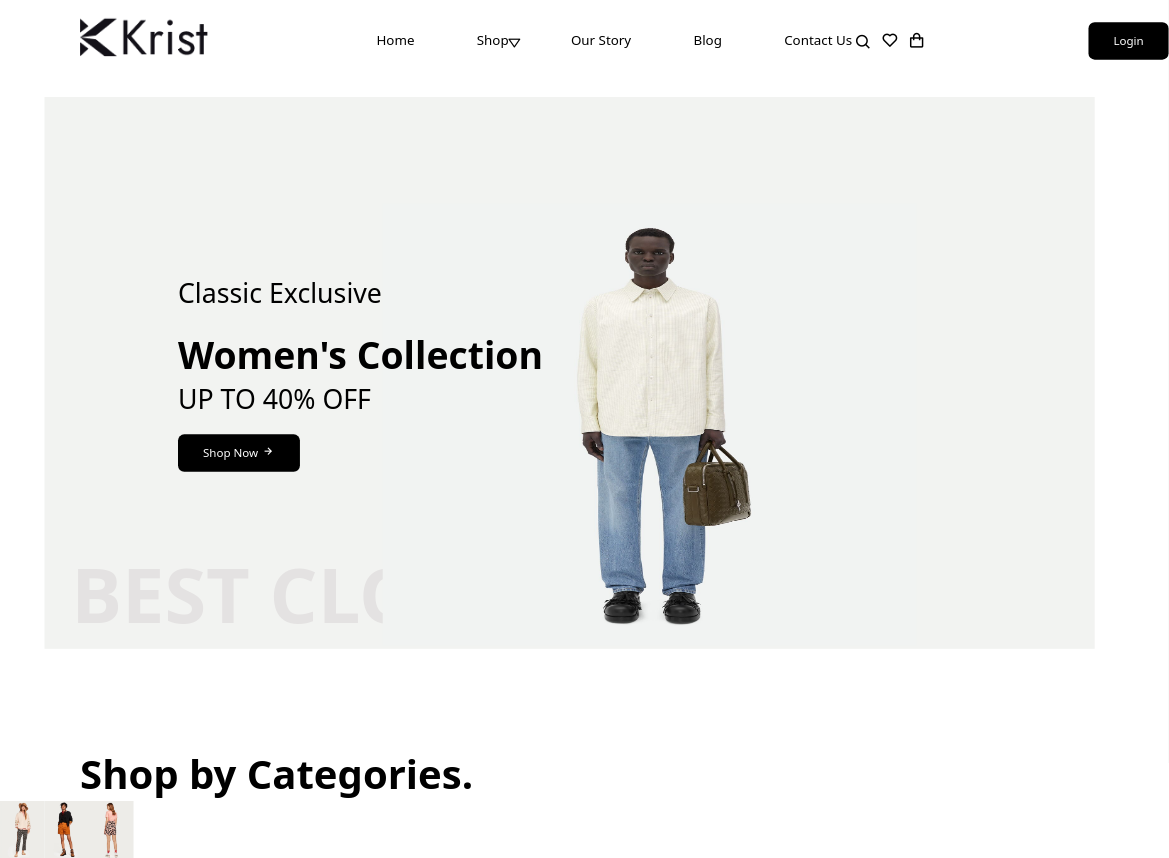
Repository: isaacCodes1/Krist-Website
Page: index.html
The author's editor kept a copy of each file at every save. The page is drawn from the files as they stood at one save, then again after the next save.
The browser window is 1280 px wide. The page is 1313 px wide, so the pictures cover 1313 px, including what lies to the right of the window. The pictures show the whole page, at 89% of full size.

Above is the page before, as saved 2024-04-01 10:46:21.

### index.html
<!DOCTYPE html>
<html lang="en">
  <head>
    <meta charset="UTF-8" />
    <meta name="viewport" content="width=device-width, initial-scale=1.0" />
    <link rel="stylesheet" href="style.css" />
    <link
      rel="stylesheet"
      href="https://unpkg.com/boxicons@latest/css/boxicons.min.css"
    />
    <title>Krist Website.</title>
  </head>
  <body>
    <header>
      <nav>
        <div class="navBar">
          <a href="index.html"><img src="/Assets/Group 56.png" alt="" /></a>
          <div class="logoItems">
            <ul>
              <li>Home</li>
              <li class="shop">Shop</li>
              <li>Our Story</li>
              <li>Blog</li>
              <li class="contact">Contact Us</li>
            </ul>
            <button class="login"><a href="Login.html">Login</a></button>
          </div>
          <div class="icons">
            <i class="bx bx-down-arrow"></i>
            <i class="bx bx-search"></i>
            <i class="bx bx-heart"></i>
            <i class="bx bx-shopping-bag"></i>
          </div>
        </div>
      </nav>
    </header>
    <section>
      <div class="landingPage">
        <h2>BEST CLOTHES</h2>
        <img src="/Assets/bot2.jpg" alt="" />
        <div class="landingPageText">
          <p class="classic">Classic Exclusive</p>
          <h1>Women's Collection</h1>
          <p>UP TO 40% OFF</p>
          <button>
            <a href="shop.html"
              >Shop Now <i class="bx bx-right-arrow-alt"></i
            ></a>
          </button>
        </div>
      </div>
    </section>
    <section class="cards">
      <div class="cardstext">
        <h1>Shop by Categories.</h1>
      </div>
      <div class="cardsImg">
        <img src="/Assets/1.jpg" alt="" />
        <img src="/Assets/2.jpg" alt="" />
        <img src="/Assets/3.jpg" alt="" />
      </div>
    </section>
  </body>
</html>

### style.css
* {
  margin: 0;
  padding: 0;
  box-sizing: border-box;
  font-family: system-ui, -apple-system, BlinkMacSystemFont, "Segoe UI", Roboto,
    Oxygen, Ubuntu, Cantarell, "Open Sans", "Helvetica Neue", sans-serif;
}
.navBar {
  display: flex;
  align-items: center;
  margin-bottom: 40px;
  position: relative;
}
.navBar img {
  margin-left: 90px;
  padding-top: 20px;
  padding-right: 190px;
}
.logoItems ul {
  display: flex;
  list-style: none;
  padding-top: 20px;
  gap: 70px;
}
.logoItems ul li {
  font-size: 15px;
}
.logoItems ul li:hover {
  transform: scale(1.05);
  font-weight: 700;
}
.shop {
  position: relative;
}
.bx-down-arrow {
  position: absolute;
  left: 570px;
}
.contact {
  position: relative;
}
.bx-search {
  position: absolute;
  right: 300px;
  top: 37px;
  font-size: 20px;
}
.bx-heart {
  position: absolute;
  right: 270px;
  top: 35px;
  font-size: 20px;
}
.bx-shopping-bag {
  position: absolute;
  right: 240px;
  top: 35px;
  font-size: 20px;
}
.bx-down-arrow {
  position: absolute;
  left: 570px;
  top: 40px;
}
.bx-right-arrow-alt {
  font-size: 15px;
}
.landingPage {
  display: flex;
  flex-direction: column;
  background: rgb(242, 243, 241);
  border-radius: 5 px;
  height: 620px;
  margin-bottom: 50px;
  margin-left: 50px;
  margin-right: 50px;
  position: relative;
}

.landingPageText {
  margin-top: 200px;
  margin-left: 150px;
  position: relative;
}
.landingPageText h1 {
  font-size: 42px;
  font-weight: 900;
}
.landingPage h2 {
  font-size: 85px;
  position: absolute;
  top: 500px;
  left: 30px;
  color: #e4e2e2;
}
.classic {
  font-size: 30px;
  font-weight: 500;
  margin-bottom: 10px;
}
.landingPageText p {
  font-size: 30px;
  font-weight: 400;
  margin-bottom: 20px;
}
button {
  padding: 12px 28px;
  background: #000;
  border: 1px;
  border-radius: 7px;
  transition: all 0.42s ease;
}
button a {
  text-decoration: none;
  font-size: 13px;
  color: #fff;
}
button:hover {
  color: #000;
  background: grey;
}
.landingPage img {
  width: 600px;
  position: absolute;
  top: 120px;
  right: 200px;
  background: transparent;
  height: 80%;
}
.login {
  padding: 12px 28px;
  background: #000;
  border: 1px;
  border-radius: 7px;
  margin-left: 800px;
  position: absolute;
  top: 25px;
}
.login a {
  text-decoration: none;
  font-size: 13px;
  color: #fff;
}
.cardstext {
  font-size: 30px;
  margin-left: 90px;
  padding-top: 60px;
}
.cardsImg {
  display: flex;
}
.cardsImg img {
  width: 50px;
}

After the next save:
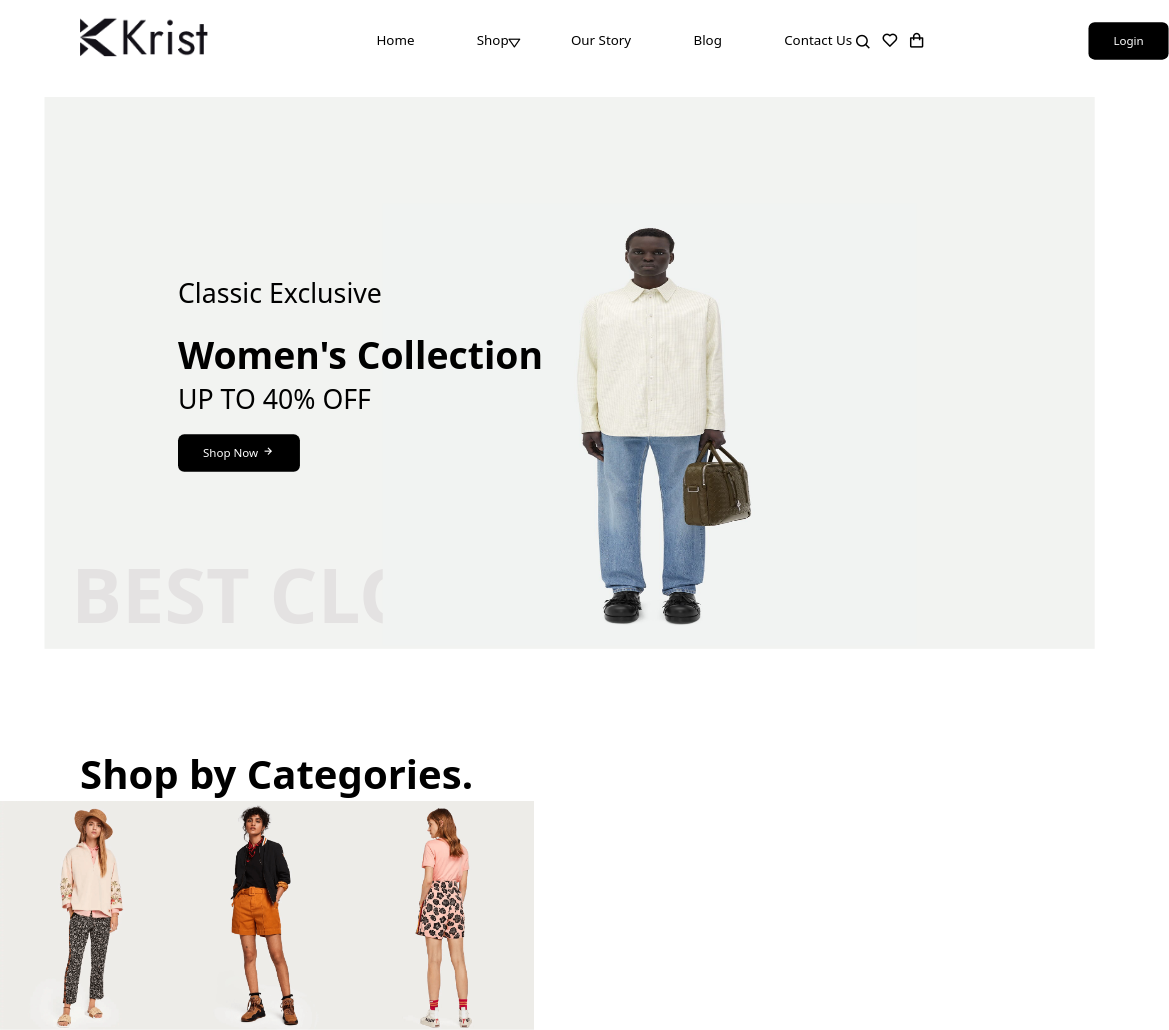
Saved 8 s later.
--- a/style.css
+++ b/style.css
@@ -150,5 +150,5 @@ button:hover {
   display: flex;
 }
 .cardsImg img {
-  width: 50px;
+  width: 200px;
 }
